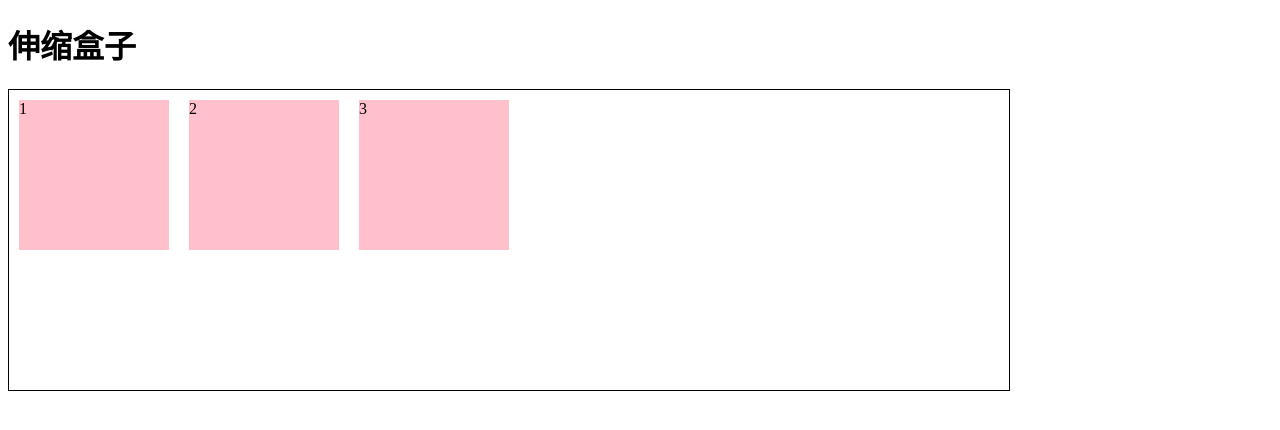
Repository: liuxi0811/web-demo
Page: 伸缩布局.html
These files come from the project's save history. The page is drawn as it stood at one moment and after the next save; the edit follows.
The browser window is 1280 px wide. The pictures show the whole page.

Above is the page before, as saved 2020-12-03 18:01:57.

After the next save:
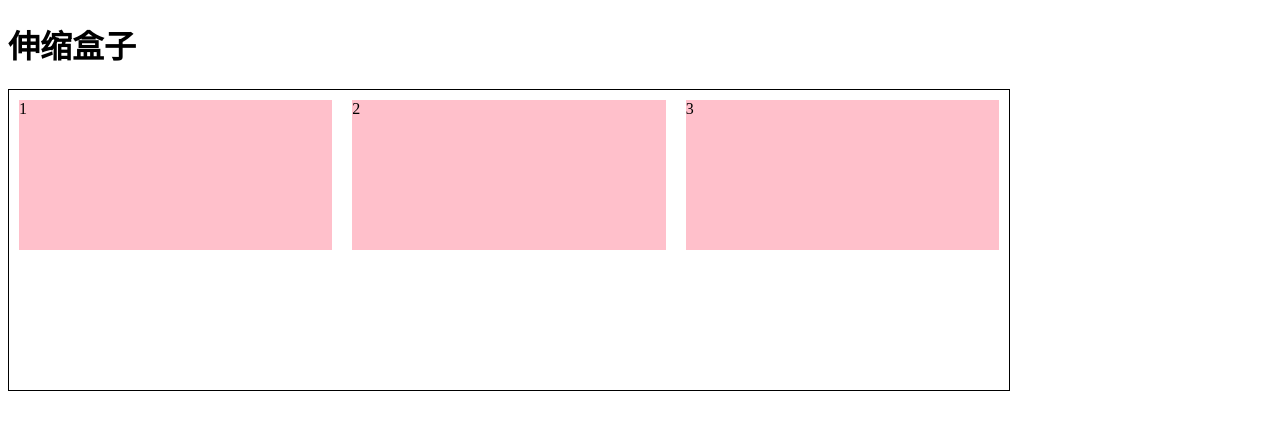
Saved 12 s later.
--- a/伸缩布局.html
+++ b/伸缩布局.html
@@ -18,7 +18,7 @@
             background: pink;
             margin: 10px;
             /* display: flex; */
-            /* flex: 1; */
+            flex: 1;
         }
 
         ul{
